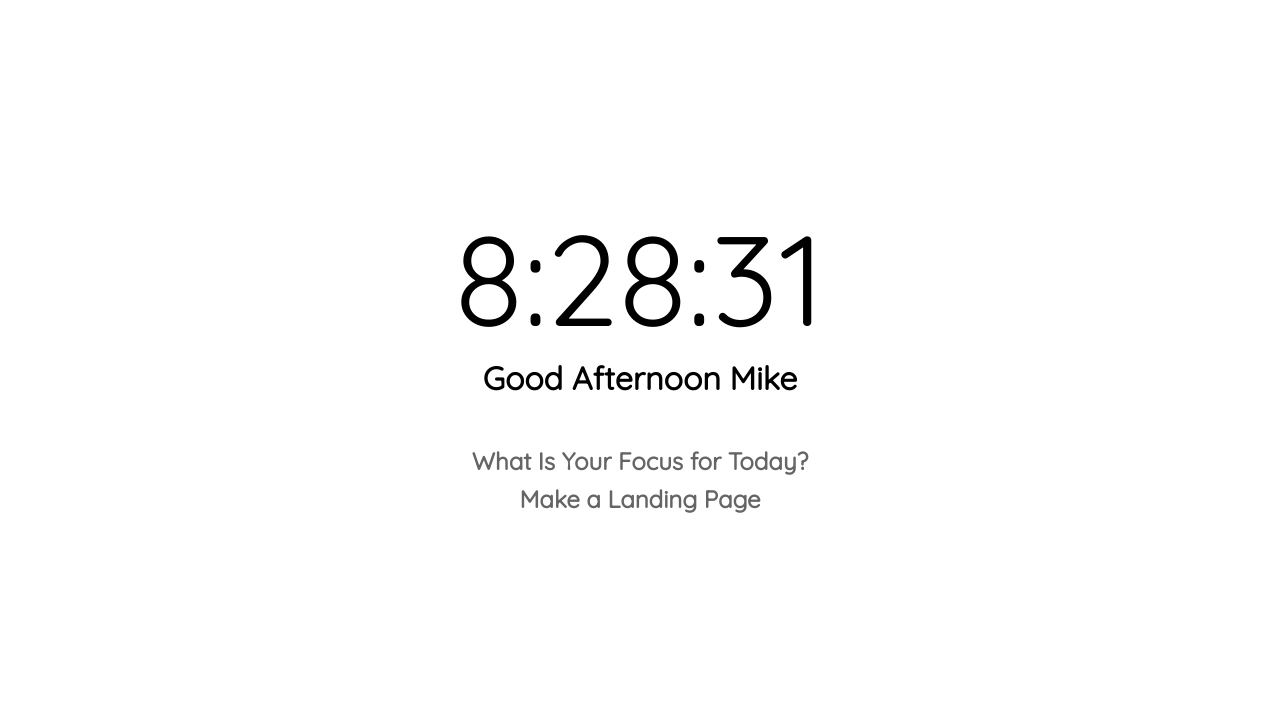
Repository: MikeTroianello/Landing-Page
Page: index.html
The author's editor kept a copy of each file at every save. The page is drawn from the files as they stood at one save, then again after the next save.
The browser window is 1280 px wide. The pictures show the whole page.

Above is the page before, as saved 2019-06-19 23:38:01.

### index.html
<!DOCTYPE html>
<html lang="en">
  <head>
    <meta charset="UTF-8" />
    <meta name="viewport" content="width=device-width, initial-scale=1.0" />
    <meta http-equiv="X-UA-Compatible" content="ie=edge" />
    <link
      href="https://fonts.googleapis.com/css?family=Quicksand&display=swap"
      rel="stylesheet"
    />
    <link rel="stylesheet" href="./style.css" />
    <title>Greetings!</title>
  </head>
  <body>
    <time id="time">12:12:12 PM</time>
    <h1>
      <span id="greeting">Good Afternoon</span>
      <span id="name" contenteditable="true">Mike</span>
    </h1>
    <!-- <h2 id="focus">What Is Your Focus for Today?</h2> -->
    <h2>What Is Your Focus for Today?</h2>
    <h2 contenteditable="true">Make a Landing Page</h2>

    <script src="main.js"></script>
  </body>
</html>

### style.css
* {
  box-sizing: border-box;
  margin: 0;
  padding: 0;
}

body {
  font-family: 'Quicksand', sans-serif;
  display: flex;
  flex-direction: column;
  align-items: center;
  justify-content: center;
  text-align: center;
  height: 100vh;
  color: 'black';
}

#time {
  font-size: 8rem;
}

h1 {
  margin-bottom: 3rem;
}

h2 {
  margin-bottom: 0.5rem;
  opacity: 0.6;
}

@media (max-width: 700px) {
  #time {
    font-size: 6rem;
  }
}

### main.js
// DOM Elements
const time = document.getElementById('time'),
  greeting = document.getElementById('greeting'),
  name = document.getElementById('name'),
  focus = document.getElementById('focus');

//SHOW TIME

function showTime() {
  let today = new Date(),
    hour = today.getHours(),
    min = today.getMinutes(),
    sec = today.getSeconds();

  //SET AM OR PM
  const amPm = hour >= 12 ? 'PM' : 'AM';

  //12 Hour Format
  hour = hour % 12 || 12;

  //Output Time
  time.innerHTML = `${hour}<span>:</span>${addZero(min)}<span>:</span>${addZero(
    sec
  )}`;

  setTimeout(showTime, 1000);
}

showTime();

function addZero(x) {
  return (x < 10 ? '0' : '') + x;
}

//Background

//Background

// function timeGreeting() {
//   let today = new Date(),
//     hour = today.getHours();

//   if (hour > 17) {
//     greeting.innerText = 'Good Evening,';
//     documentbody.style.backgroundImage = 'url(./img/afternoon.jpg)';
//   } else if (hour < 12) {
//     greeting.innerText = 'Good Morning,';
//   } else {
//     greeting.innerText = 'Good Afternoon,';
//   }
// }

// timeGreeting();

After the next save:
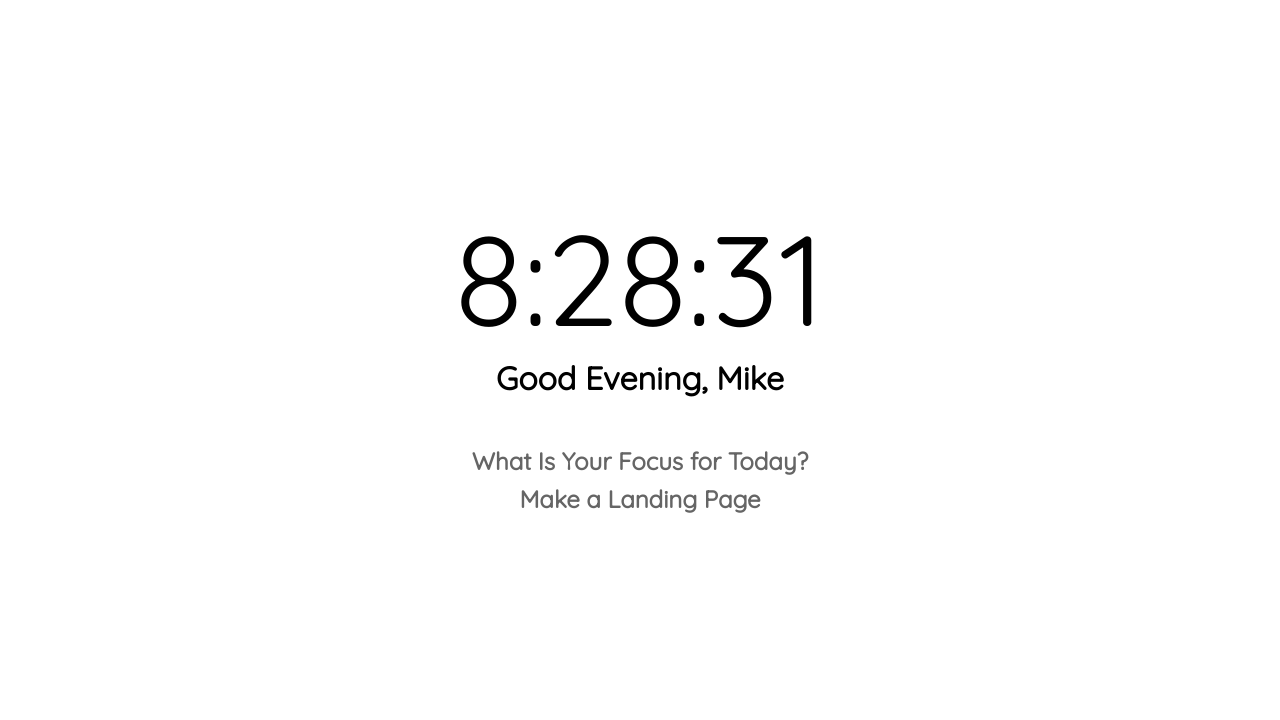
Console error: ReferenceError: documentbody is not defined
Saved 6 s later.
--- a/main.js
+++ b/main.js
@@ -34,20 +34,18 @@
 
 //Background
 
-//Background
+function timeGreeting() {
+  let today = new Date(),
+    hour = today.getHours();
 
-// function timeGreeting() {
-//   let today = new Date(),
-//     hour = today.getHours();
+  if (hour > 17) {
+    greeting.innerText = 'Good Evening,';
+    documentbody.style.backgroundImage = 'url(./img/afternoon.jpg)';
+  } else if (hour < 12) {
+    greeting.innerText = 'Good Morning,';
+  } else {
+    greeting.innerText = 'Good Afternoon,';
+  }
+}
 
-//   if (hour > 17) {
-//     greeting.innerText = 'Good Evening,';
-//     documentbody.style.backgroundImage = 'url(./img/afternoon.jpg)';
-//   } else if (hour < 12) {
-//     greeting.innerText = 'Good Morning,';
-//   } else {
-//     greeting.innerText = 'Good Afternoon,';
-//   }
-// }
-
-// timeGreeting();
+timeGreeting();

After the save that followed:
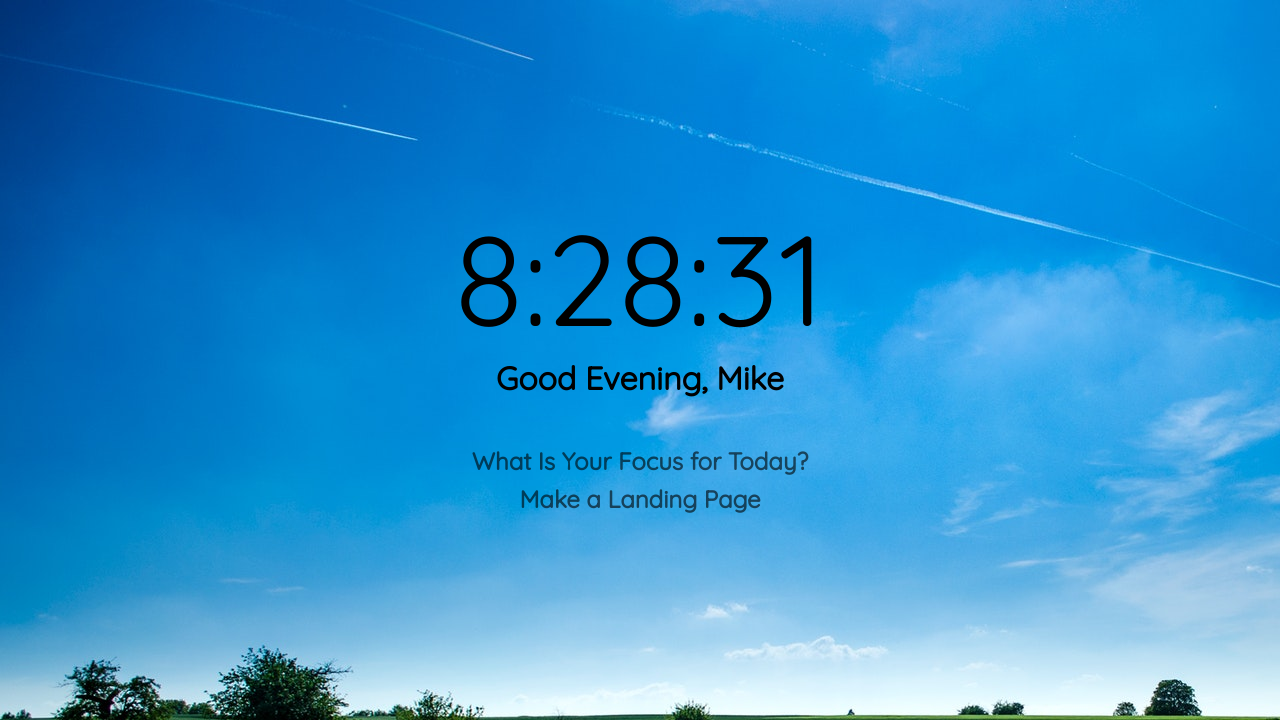
The error is gone.
Saved 9 s later.
--- a/main.js
+++ b/main.js
@@ -40,7 +40,7 @@
 
   if (hour > 17) {
     greeting.innerText = 'Good Evening,';
-    documentbody.style.backgroundImage = 'url(./img/afternoon.jpg)';
+    document.body.style.backgroundImage = 'url(./img/afternoon.jpg)';
   } else if (hour < 12) {
     greeting.innerText = 'Good Morning,';
   } else {
